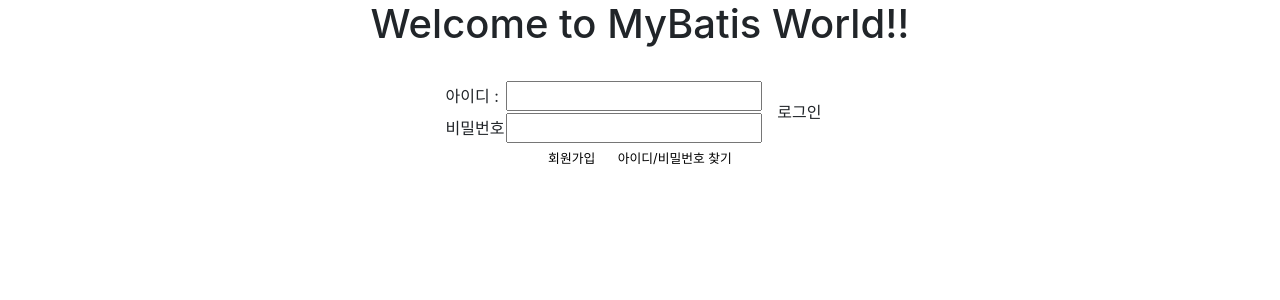
Repository: han-jungwon/FramWorkspace
Page: http://localhost/myBatisProject/
The author's editor kept a copy of each file at every save. The page is drawn from the files as they stood at one save, then again after the next save.
The browser window is 1280 px wide. The pictures show the whole page.
The page is served by Tomcat 9. Other server files are loaded and not shown.

Above is the page before, as saved 2020-09-15 03:30:58.

### myBatisProject/WebContent/index.jsp
<%@ page language="java" contentType="text/html; charset=UTF-8"
    pageEncoding="UTF-8"%>
    <%@ taglib prefix="c" uri="http://java.sun.com/jsp/jstl/core" %>
<!DOCTYPE html>
<html>
<head>
<meta charset="UTF-8">
<title>Insert title here</title>
</head>
<body>
   <!--
      * 프레임 워크
      - 개발자가 보다 편리한 환경에서 개발할 수 있도록 제공하는 툴, 뼈대라고 생각하자
      - 사전적 정의로 '복잡한 문제를 해결하거나 서술하는데 사용하는 기본 개념 구조'
      - 소프트웨어 개발의 입자으로써는 공통으로 사용하는 라이브러리/ 개발도구/인터페이스 등등을 의미

      * 왜 프레임워크를 쓰는가
      - 웹프로그래밍의 추세는 엄청난 규모의 프로잭트가 많다.
       그렇게 거대하고 복잡도가 높은 프로잭트를 하기 위해서는 많은 사람들이 필요하게 되고
        그 개발자들이 '통일성'있게 '빠르고' '안정적'으로 개발하기 위해 프레임워크로 좋은 성과를 낼수 있다.-> 생산성 향상

        -> 자유롭게 설계하고 코딩하는것이 아니라 프레임워크가 제공하는 가이드 대로 설계하고 코딩을 하게 된다.
        -> 개발자를 위한 다양한 도구들이 지원
        -> 개발할 수 있는 범위가 정해져있다.
        -> 개발자들이 따라야하는 가이드라인을 제공한다.


        * 프레임워크의 장점
        - 개발 시간을 줄일 수 있다.
        - 오류로 부터 자유로울 수 있다.
       * 프레임워크의 단점
       - 프레임워크에 너무 의존하면 개발자들의 능력이 떨어져서 프레임 워크없이 개발하는것이 어려워진다.


       * 프레임워크 종류
       - 영속성: 데이터 관련한(CRUD) 기능들을 보다 편리하게 작업할 수있도록 제공해주는 프레임워크ex) myBatis
       - 자바 : 웹 애플리케이션에 초점을 맞춰 필요한 요소들을 모듈화해서 제공해주는 프레임워크ex) spring
       - 화면구현: Front-End를 보다 쉽게 구현할 수 있게 틀을 제공하는 프레임워크ex) Bootstrap
       - 기능 및 지원 : 특정 기능이나 업무 수행에 도움을 줄 수 있는 기능을 제공하는 프레임워크ex) Log4j

       * 마이바티스 개요
       마이바티스는 개발자가 지정한 sql, 저장 프로시저 그리고 몇 가지 고급 매핑을 지원하는 영속성 프레임워크이다.
       JDBC로 처리하는 부분의 코드와 파라미터 설정 및 결과 매핑을 대신해준다.
       DB 원시 타입과 Map인터페이스 그리고 자바 POJO를 설정해서 매핑하기 위해 XML과 어노테이션을 사용할 수있다.

       Apache Project에서 ibatis를 운영하던 팀이
       2010년 5월 9일 Google팀으로 이동하면서 MyBatis로 이름을 바꿈
       기존의 ibatis의 한계점이었던 동적쿼리 및 어노테이션 처리를 보강하여 더 나은 기능 제공
       ibatis는 현재 비활성화 상태, 기존에 ibatis로 애플리케이션의 지원을 위해 라이브러리만 제공하고있다.

       *  ibatis vs Mybatis
       1. ibatis는 JDK 1.4이상, mybatis는 JDK 1.5이상 사용이 가능하다.
       2. 패키지 구조 변경
          - ibatis : com.ibatis.*
          - mybatis : org..apache.ibatis.*
       3. 사용 용어 변경
          - SqlMapConfig -> Configuration
          - sqlMap -> Mapper
          - resultClass -> resultType
       4. 동적쿼리 지원
          - 쿼리문 작성 시 if,choose,trim,foreach문을 지원한다.
       5. 자바 어노테이션 지원

    -->

    <!--

             * 환경 설정
             1. workspace 세팅 고고
             2. jstl,ojdbc6 라이브러리 추가
             3. 마이바티스 사용을 위해 https:// mybatis.org/mybatis-3/ko/getting-started.html
                -> 시작하기 클릭-> mybatis-x.x.x.jar 클릭 -> github로 이동 - > 3.4.6버전 찾기
             4. Java Resources에서 new -> Source Folder 추가(name: resources)

             5. resources폴더 안에 mybatis-config.xml 생성

          * DTD : XML 문서의 구조 및 해당 문서에서 사용할 수 있는 적법한 요소와 속성을 정의
                  이 문서가 유효한지 유효성 검사도 된다.

          >> DTD 설정하기
          1) Window - preferences - XML - XML catalog - User Specified Entries - Add
             - Config
               Location : http://mybatis.org/dtd/mybatis-3-config.dtd => System Id로 사용
               Key type : Public ID
               key      : -//mybatis.org//DTD Config 3.0//EN
             - Mapper
               Location : http://mybatis.org/dtd/mybatis-3-mapper.dtd => System Id로 사용
               Key type : Public ID
               key      : -//mybatis.org//DTD Mapper 3.0//EN

            >> dtd 파일로 부터 xml 파일 생성
               1) resources 오른쪽 버튼 -> Next -> XML File -> Next
               2) Create XML file from a DTD File - Next
               3) Select XML Catalog entry - 해당 entry 선택 - 생성

            >> 이 성절은 이후 sqlsessionFactory 객체 생성 시 읽어가게 된다.
     -->
     <!-- ContextPath(프로잭트명) -> jsp/servlet 매번 request.getContextPath() -->
     <c:set var="contextPath" value="${ pageContext.servletContext.contextPath }" scope="application"/>

<%--      <a href="${ contextPath }/WEB-INF/views/main/main.jsp">메인으로</a> --%>

<!--
	WEB-INF 폴더는 WAS 서버가 관리하는 폴더이기 때문에 views폴더가 WEB-INF안에 있는 경우
	Web Server를 거치는 방식인 url창을 통해 접근할 수 없고
	직접 WAS 서버에 경로를 이동하는 방식인 forward를 통해서만 접근할 수 있다.
 -->

 	<jsp:forward page = "WEB-INF/views/main/main.jsp"/>
</body>
</html>

### myBatisProject/WebContent/WEB-INF/views/main/main.jsp
<%@ page language="java" contentType="text/html; charset=UTF-8"
    pageEncoding="UTF-8"%>
<!DOCTYPE html>
<html>
<head>
<meta charset="UTF-8">
<title>Insert title here</title>
</head>
<body>
	<jsp:include page="../common/menubar.jsp"></jsp:include>
</body>
</html>

### myBatisProject/WebContent/WEB-INF/views/common/menubar.jsp
<%@ page language="java" contentType="text/html; charset=UTF-8"
    pageEncoding="UTF-8"%>
    <%@ taglib prefix="c" uri="http://java.sun.com/jsp/jstl/core" %>
<!DOCTYPE html>
<html>
<head>
<meta charset="UTF-8">
<title>Insert title here</title>
<style>
   .login-area{height:100px;}
   .btn-login{height:50px;}
   .login-area a{text-decoration:none; color:black; font-size:0.8em;}

   .nav-area{
      background:black;
      height:50px;
   }
   .menu{
      display:table-cell;
      width:250px;
      height:50px;
      text-align:center;
      vertical-align:middle;
      font-size:20px;
      background:black;
      color:white;
   }
   .menu:hover{
      cursor:pointer;
      background:orangered;
   }
</style>
<link rel="stylesheet" href="https://stackpath.bootstrapcdn.com/bootstrap/4.3.1/css/bootstrap.min.css">
</head>
<body>
	<h1 align="center">Welcome to MyBatis World!!</h1>
	<br>

	<!-- 회원 관련 서비스 -->
	<div class="login-area">

		<c:if test="${ empty sessionScope.loginUser }">
			<!-- 로그인 관련 폼 만들기 -->
			<form action="${ contextPath }/login.me" method="post">
				<table align="center">
					<tr>
						<td>아이디 : </td>
						<td><input type="text" name="userId"></td>
						<td rowspan="2"><button id="login-btn" class="btn btn-login">로그인</button></td>
					</tr>
					<tr>
						<td>비밀번호</td>
						<td><input type="password" name="userPwd"></td>
					</tr>
					<tr>
						<td colspan="3" align="center">
						<a href="${ contextPath }/insertForm.me">회원가입</a>&nbsp;&nbsp;&nbsp;&nbsp;
						<a href="#">아이디/비밀번호 찾기</a>
					</tr>

				</table>


			</form>

		</c:if>


	<c:if test="${ !empty sessionScope.loginUser }">
		<table align="right">
			<tr>
				<td colspan="2">
					<h3>${ loginUser.userName }님 환영합니다.</h3>
				</td>
			</tr>
			<tr>
				<td><button>회원정보 수정</button></td>
				<td><button onclick="location.href='${ contextPath }/logout.me';">로그아웃</button>
			</tr>
		</table>

	</c:if>
	</div>
</body>
</html>

After the next save:
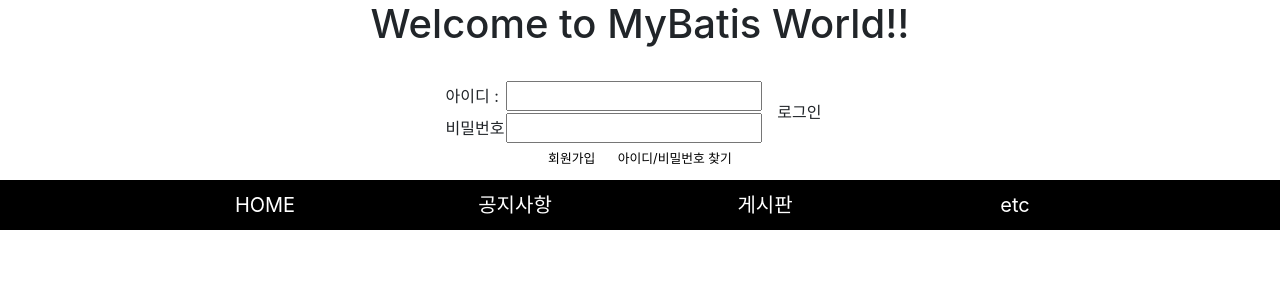
Saved 4 min 8 s later.
--- a/myBatisProject/WebContent/WEB-INF/views/common/menubar.jsp
+++ b/myBatisProject/WebContent/WEB-INF/views/common/menubar.jsp
@@ -65,7 +65,6 @@
 
 		</c:if>
 
-
 	<c:if test="${ !empty sessionScope.loginUser }">
 		<table align="right">
 			<tr>
@@ -81,5 +80,15 @@
 
 	</c:if>
 	</div>
+
+	<!-- -------------------- 게시물 관련 서비스 ------------------- -->
+	<div class="nav-area" align="center">
+		<div class = "menu" onclick="location.href='${contextPath}';">HOME</div>
+		<div class="menu">공지사항</div>
+		<div class="menu" onclick="location.href='${contextPath}/list.bo';">게시판</div>
+		<div class="menu">etc</div>
+
+
+	</div>
 </body>
 </html>
